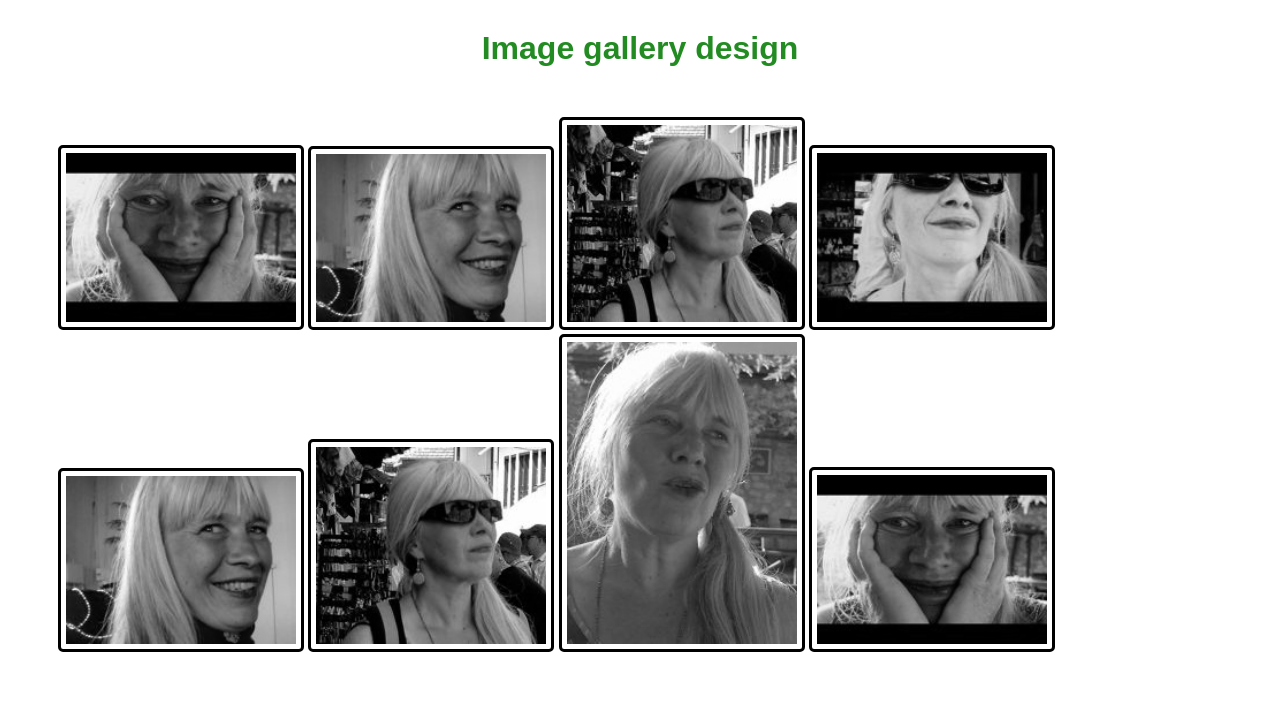
Repository: hindrik40/bildspel-lightbox
Page: index.html
These files come from the project's save history. The page is drawn as it stood at one moment and after the next save; the edit follows.
The browser window is 1280 px wide. The pictures show the whole page.

Above is the page before, as saved 2021-08-08 16:58:35.

### index.html
<!DOCTYPE html>
<html lang="en">
<head>
    <meta charset="UTF-8">
    <meta http-equiv="X-UA-Compatible" content="IE=edge">
    <meta name="viewport" content="width=device-width, initial-scale=1.0">
    <link rel="stylesheet" href="css/style.css">
    <title>slide lightbox</title>
</head>
<body>
    <h1>Image gallery design</h1>
    <div class="gallery">
        <a href="images/b8.jpg"></a><img src="images/b8t.jpg">
        <a href="images/b5.jpg"></a><img src="images/b5t.jpg">
        <a href="images/b6.jpg"></a><img src="images/b6t.jpg">
        <a href="images/b9.jpg"></a><img src="images/b7t.jpg">



        <img src="images/b5t.jpg">
        <img src="images/b6t.jpg">
        <img src="images/b9t.jpg">
        <img src="images/b8t.jpg">



    </div>

</body>
</html>

### css/style.css
body {
    font-family: sans-serif;
}

h1 {
    text-align: center;
    color: forestgreen;
    margin: 30px 0 50px;
}

.gallery {
    margin: 10px 50px;
}

.gallery img {
    width: 230px;
    padding: 5px;
    filter:grayscale(100%);
    transition: 1s;
    border-radius: 5px;;
}
.gallery img:hover {
    filter: grayscale(0%);
    transform:scale(1.1)}


img {
    border: 3px solid black;
}

After the next save:
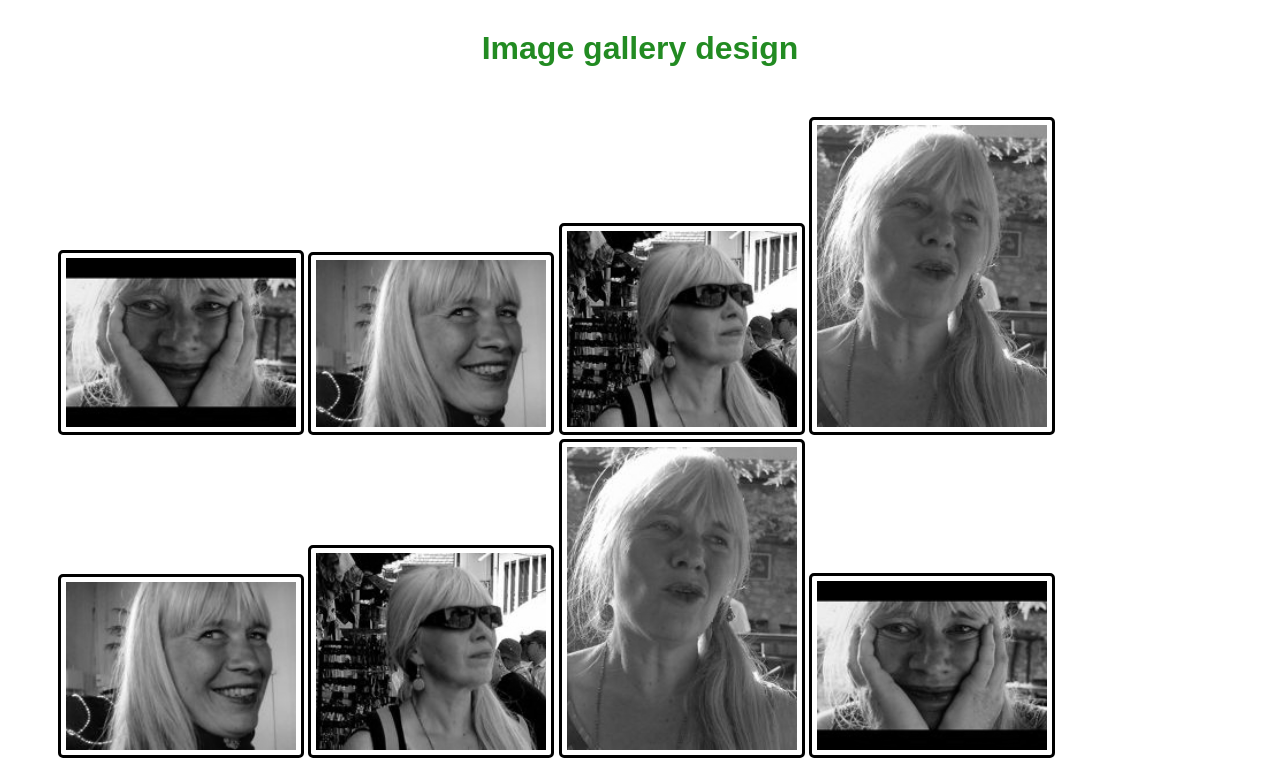
Saved 4 s later.
--- a/index.html
+++ b/index.html
@@ -13,7 +13,7 @@
         <a href="images/b8.jpg"></a><img src="images/b8t.jpg">
         <a href="images/b5.jpg"></a><img src="images/b5t.jpg">
         <a href="images/b6.jpg"></a><img src="images/b6t.jpg">
-        <a href="images/b9.jpg"></a><img src="images/b7t.jpg">
+        <a href="images/b9.jpg"></a><img src="images/b9t.jpg">
 
 
 
